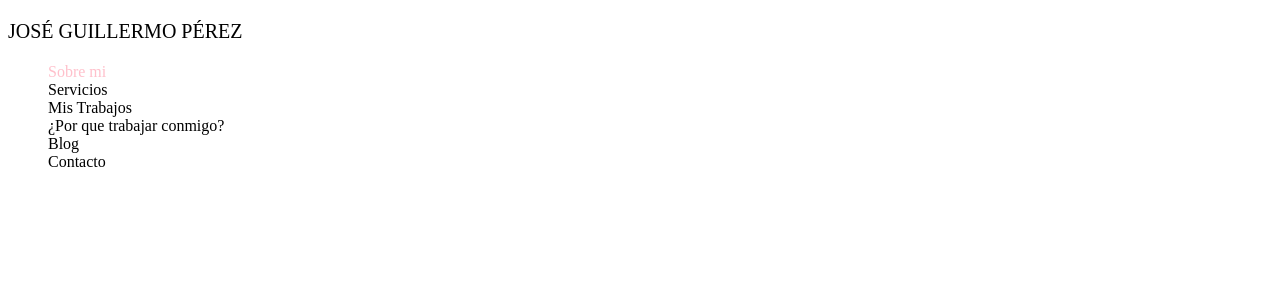
Repository: dexterbitsGit/HtmlSite01
Page: index.html
These files come from the project's save history. The page is drawn as it stood at one moment and after the next save; the edit follows.
The browser window is 1280 px wide. The pictures show the whole page.

Above is the page before, as saved 2020-09-09 16:16:08.

### index.html
<!DOCTYPE html>
<html lang="es">

<head>
    <meta charset="utf-8" />
    <title>Jose Guillermo Perez - Web Developer</title>
    <link rel="stylesheet" href="css/style.css" />
</head>

<body>
    <div>
        <p>JOSÉ GUILLERMO PÉREZ</p>
        <nav>
            <ul>
                <li class="primer-elemento">Sobre mi</li>
                <li>Servicios</li>
                <li>Mis Trabajos</li>
                <li>¿Por que trabajar conmigo?</li>
                <li>Blog</li>
                <li class="ultimo-elemento">Contacto</li>
            </ul>
        </nav>
    </div>
</body>

</html>

### css/style.css
p {
    font-size: 20px;
}

li {
    list-style: none;
}

.primer-elemento {
    color: pink;
}

.ultimo {
    color: cadetblue;
}

#primero {
    font-size: 30px;
}

After the next save:
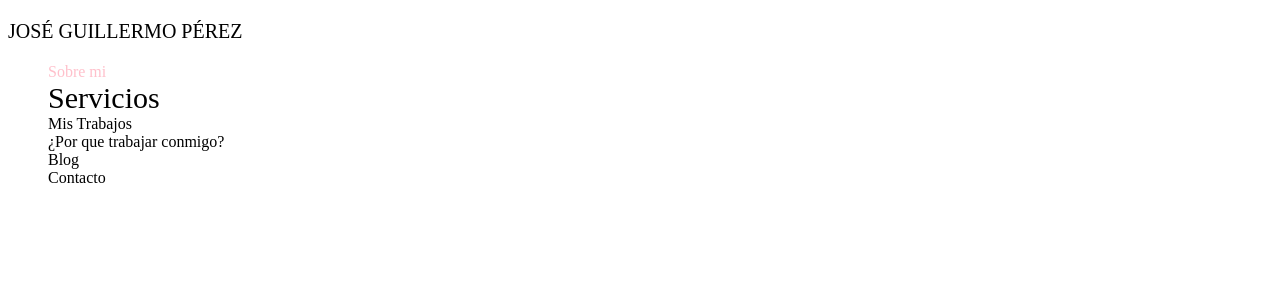
Saved 11 s later.
--- a/index.html
+++ b/index.html
@@ -13,7 +13,7 @@
         <nav>
             <ul>
                 <li class="primer-elemento">Sobre mi</li>
-                <li>Servicios</li>
+                <li id="primero">Servicios</li>
                 <li>Mis Trabajos</li>
                 <li>¿Por que trabajar conmigo?</li>
                 <li>Blog</li>
